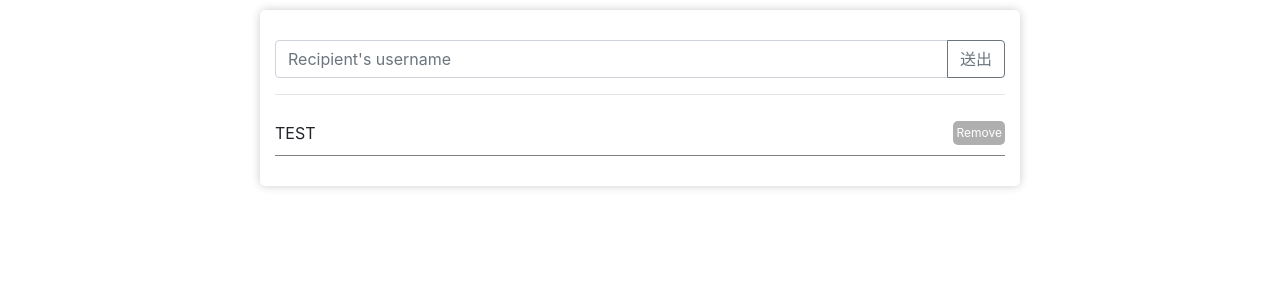
Repository: iian0910/vue3_todoList
Page: /
These files come from the project's save history. The page is drawn as it stood at one moment and after the next save; the edit follows.
The browser window is 1280 px wide. The pictures show the whole page.
The project was rebuilt for these pictures with package versions that can differ from the ones it lists, and the page was loaded fresh each time.

Above is the page before, as saved 2021-02-23 16:14:17.

After the next save:
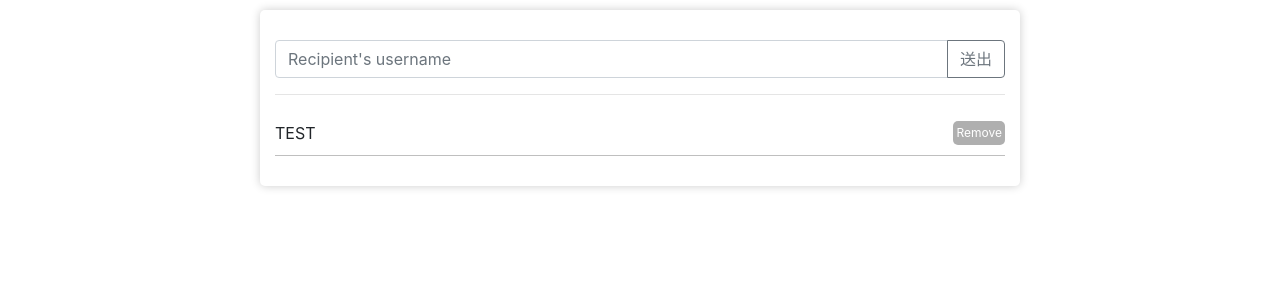
Saved 18 s later.
--- a/src/components/TodoList.vue
+++ b/src/components/TodoList.vue
@@ -92,7 +92,7 @@ export default defineComponent({
 .list-item{
   padding: 10px 0;
   margin-bottom: 0;
-  border-bottom: 1px solid gray;
+  border-bottom: 1px solid rgba(128, 128, 128, 0.5);
 }
 .remove-list{
   padding: 3px;
